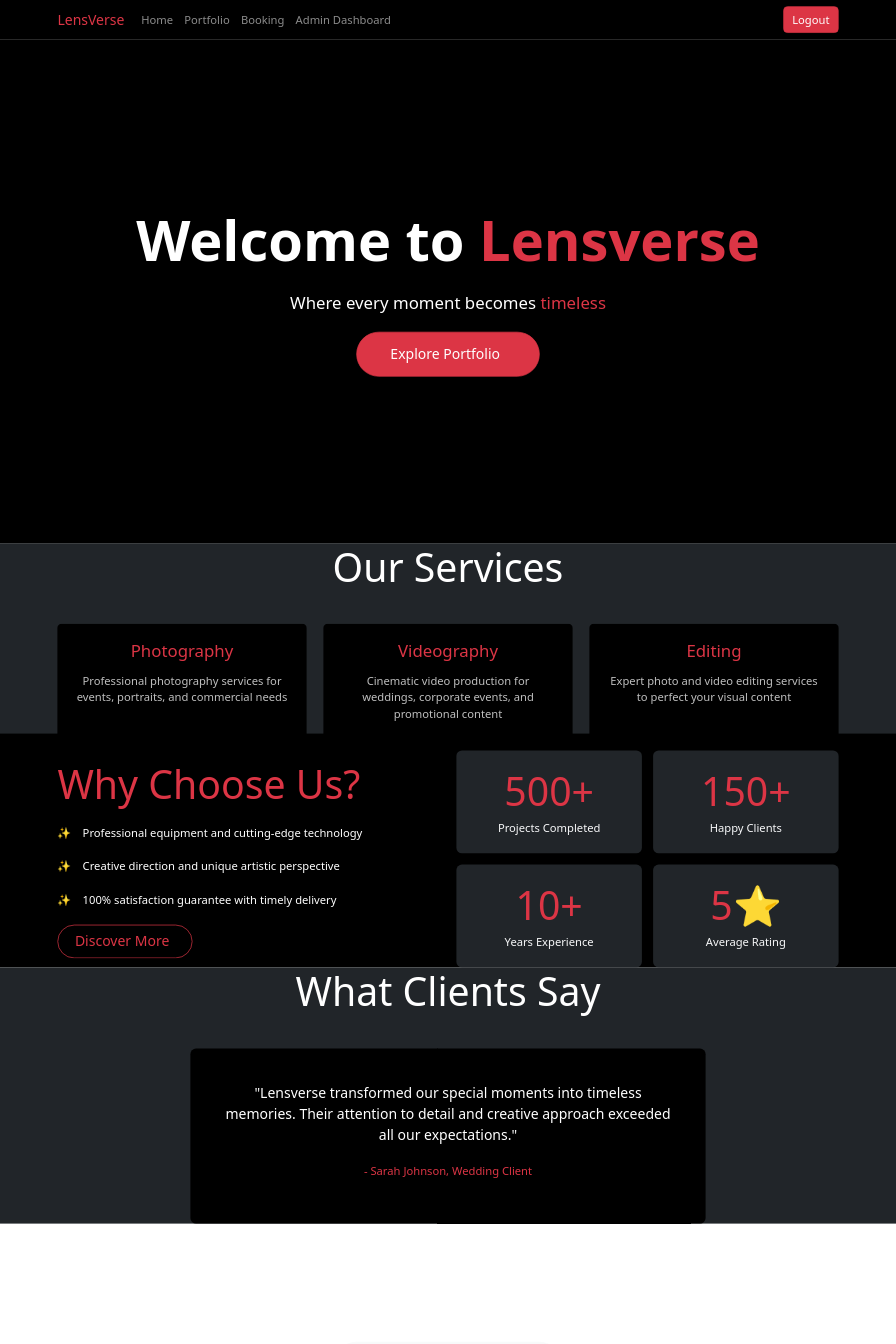
Repository: adithyakiran47/lensverseproject
Page: / (app in lensverse-client/)
These files come from the project's save history. The page is drawn as it stood at one moment and after the next save; the edit follows.
The browser window is 1280 px wide. The pictures show the part of the page from y = 0 to 1920 px (the page is 1981 px tall before and 2902 px after), at 70% of full size.
The project was rebuilt for these pictures with package versions that can differ from the ones it lists, and the page was loaded fresh each time. Also part of the build but not shown: lensverse-client/src/pages/Portfolio.js, lensverse-client/src/pages/Booking.js, lensverse-client/src/pages/About.js, lensverse-client/src/pages/AdminLogin.js, lensverse-client/src/pages/AdminDashboard.js. Imported but missing from the stored project, and not drawn on this page: lensverse-client/src/reportWebVitals.

Above is the page before, as saved 2025-11-04 09:26:28.

After the next save:
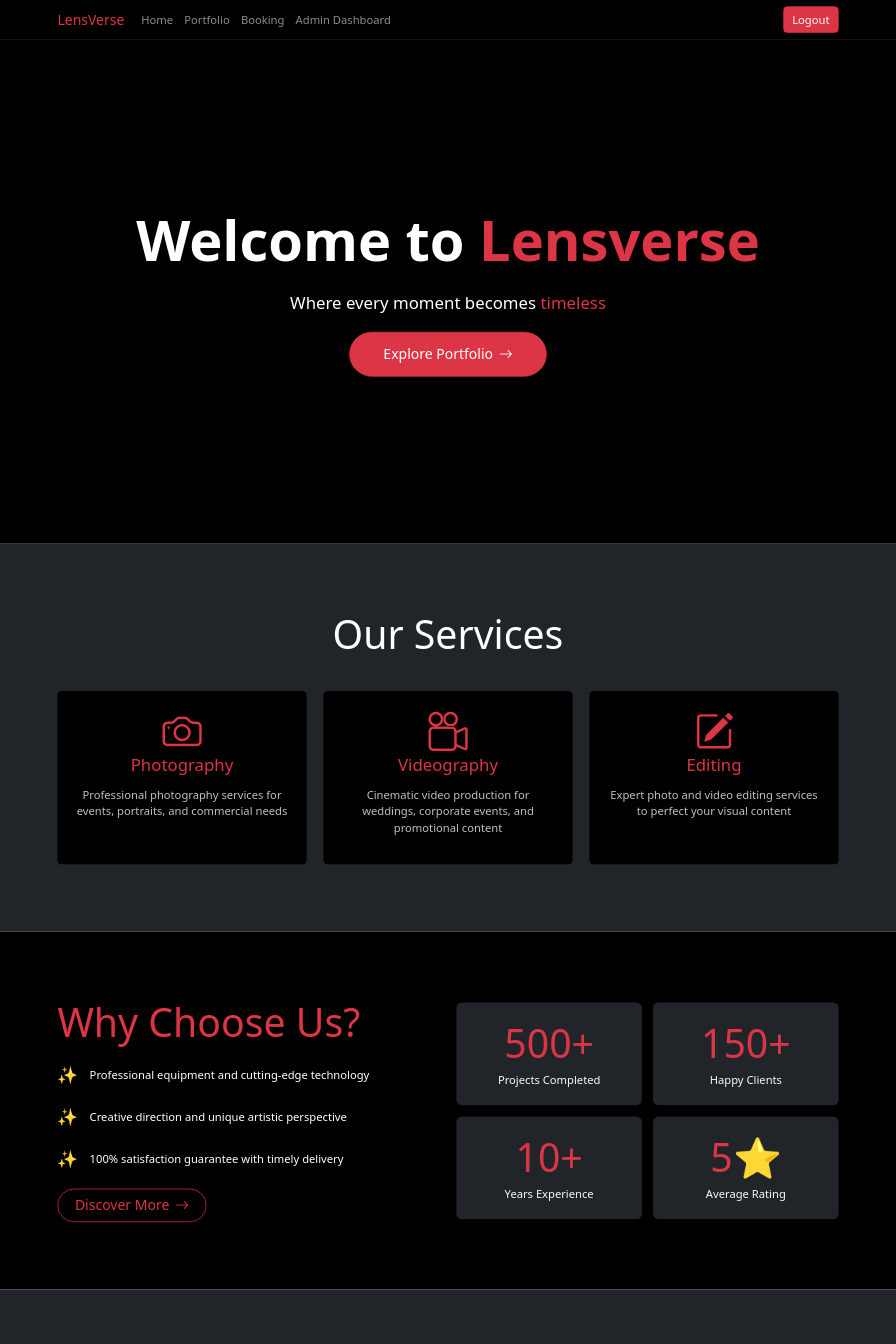
Saved 13 s later.
--- a/lensverse-client/src/pages/Home.js
+++ b/lensverse-client/src/pages/Home.js
@@ -1,6 +1,7 @@
 import React, { useEffect } from 'react';
 import Navbar from '../components/Navbar';
 import { Link } from 'react-router-dom';
+import './Home.css';
 import AOS from 'aos';
 import 'aos/dist/aos.css';
 
